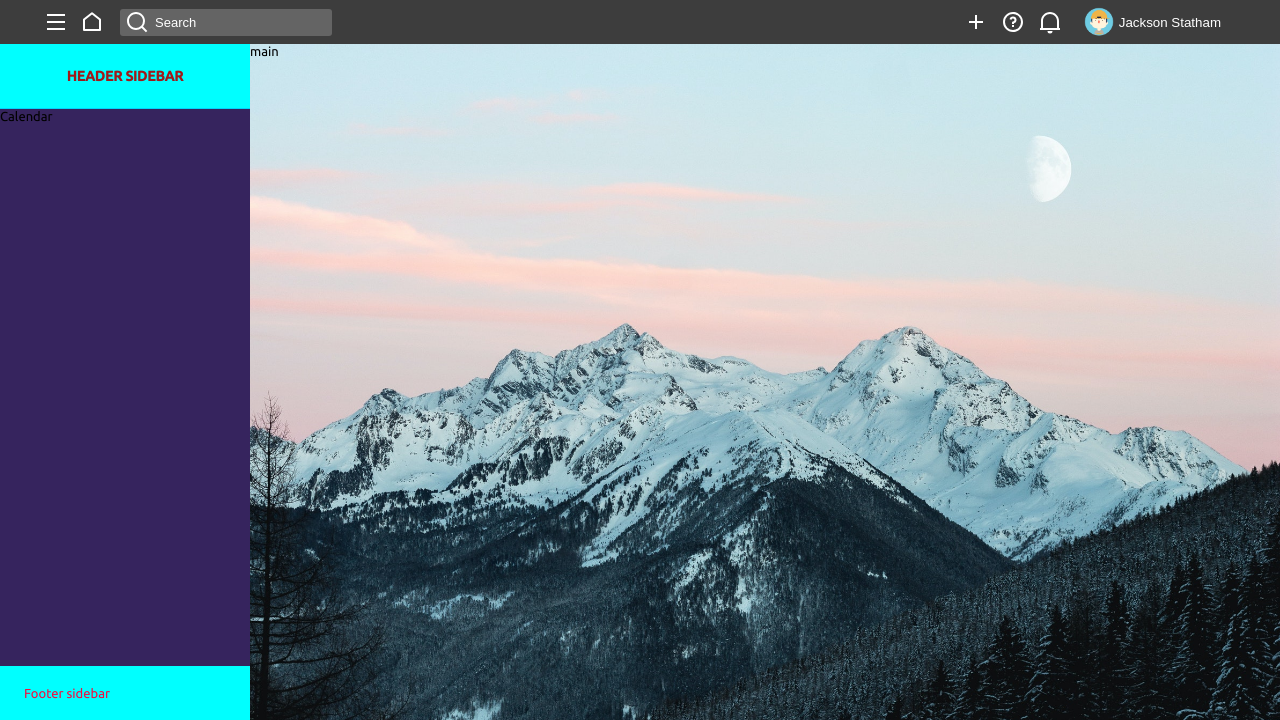
Repository: huuthe1999/to-do-list
Page: /
The author's editor kept a copy of each file at every save. The page is drawn from the files as they stood at one save, then again after the next save.
The browser window is 1280 px wide. The pictures show the whole page.
The project was rebuilt for these pictures with package versions that can differ from the ones it lists, and the page was loaded fresh each time. Also part of the build but not shown: src/components/form/addForm/addForm.scss, src/components/form/addForm/AddForm.js, src/components/modal/modal.scss, src/components/modal/Modal.js.

Above is the page before, as saved 2022-02-17 10:21:24.

After the next save:
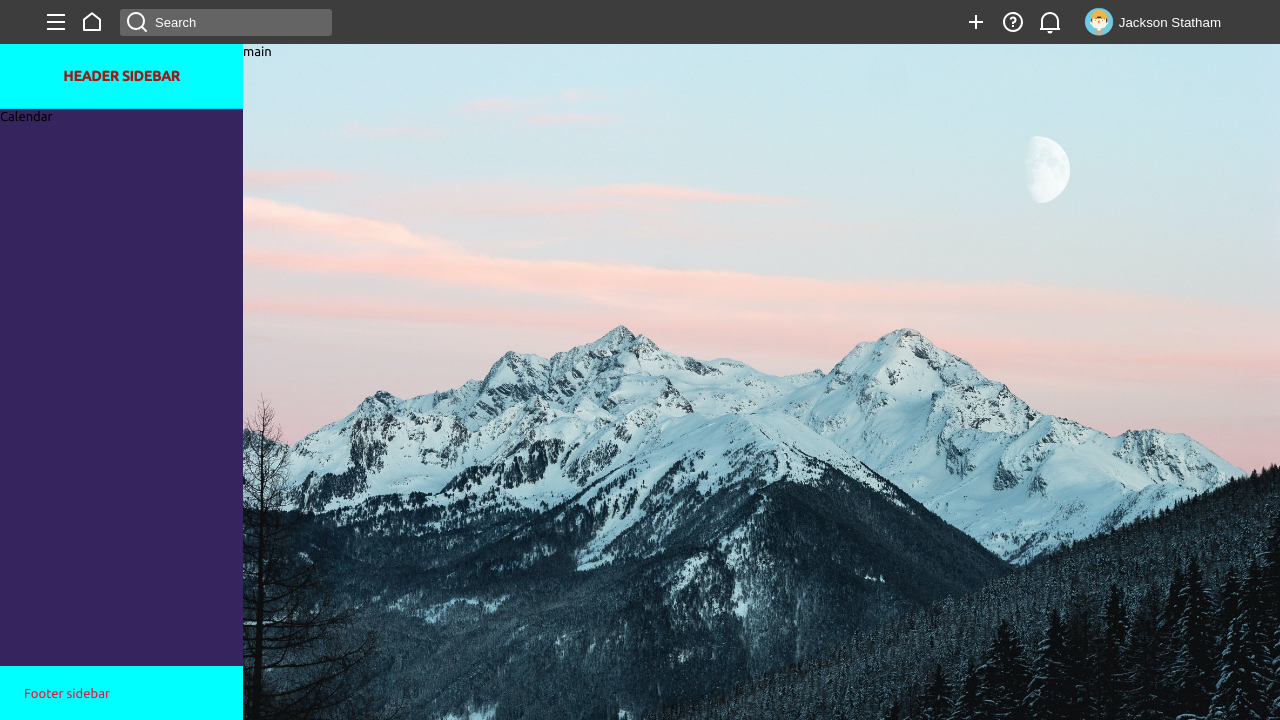
Saved 9 s later.
--- a/src/components/sideBar/sideBar.scss
+++ b/src/components/sideBar/sideBar.scss
@@ -4,7 +4,7 @@
 	z-index: 109;
 	height: 100%;
 	background-color: aqua;
-	min-width: 250px;
+
 	width: 300px;
 	transition: all 0.3s cubic-bezier(0.4, 0, 0.2, 1);
 

After the save that followed:
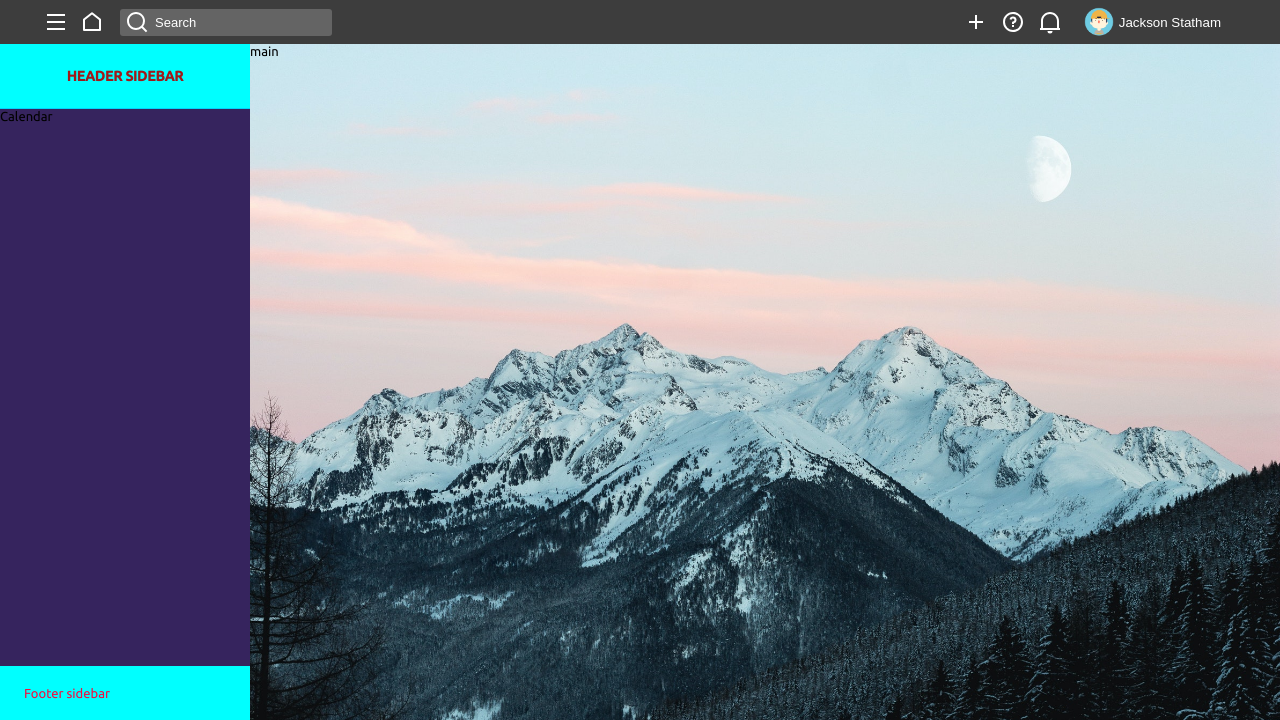
Saved 30 s later.
--- a/src/components/sideBar/sideBar.scss
+++ b/src/components/sideBar/sideBar.scss
@@ -1,10 +1,9 @@
 .sidebar {
-	flex-shrink: 1;
 	position: relative;
 	z-index: 109;
 	height: 100%;
 	background-color: aqua;
-
+	min-width: 250px;
 	width: 300px;
 	transition: all 0.3s cubic-bezier(0.4, 0, 0.2, 1);
 
